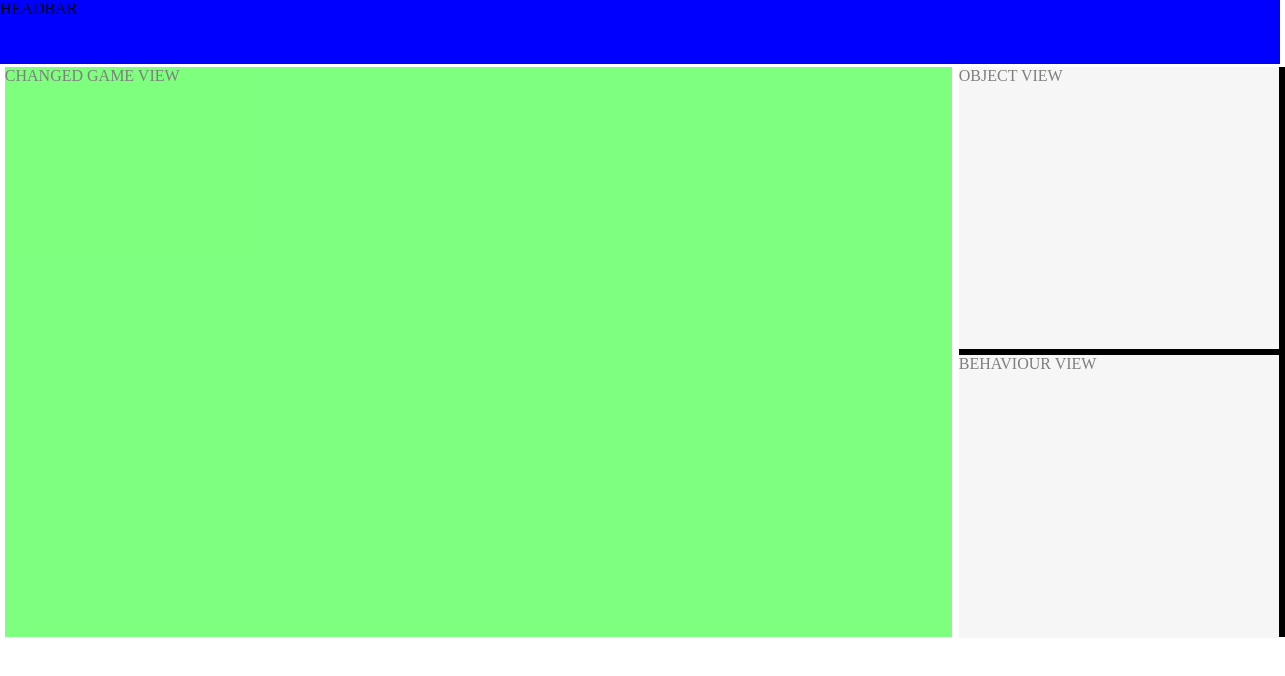
Repository: n-donnelly/onlinegameproto
Page: Content/main.html
The author's editor kept a record of every edit. The page is drawn from the files as they stood at one moment, then again after the next edit.
The browser window is 1280 px wide. The page is 1285 px wide, so the pictures cover 1285 px, including what lies to the right of the window. The pictures show the whole page.

Above is the page before.

After the next edit:
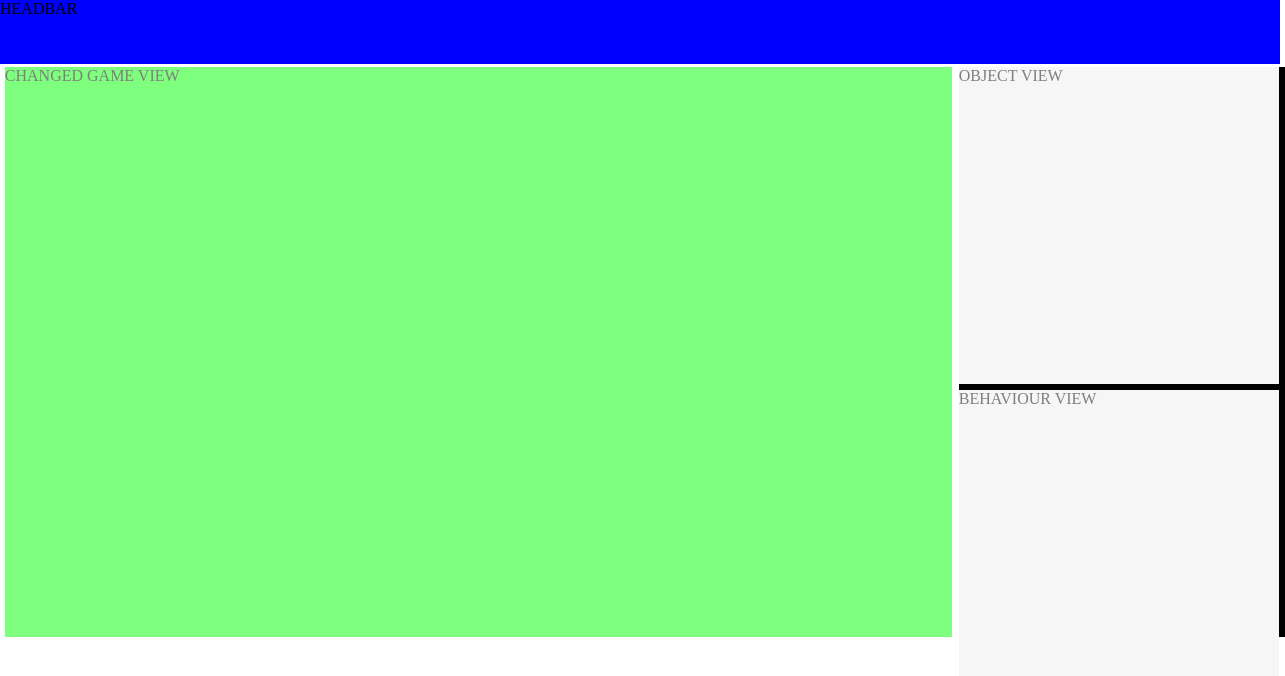
The edit:
--- a/CSS/main.css
+++ b/CSS/main.css
@@ -14,7 +14,7 @@
 
 #rightBar {
     width: 25%;
-    height:89%;
+    height:100%;
     float:right;
 }
 
